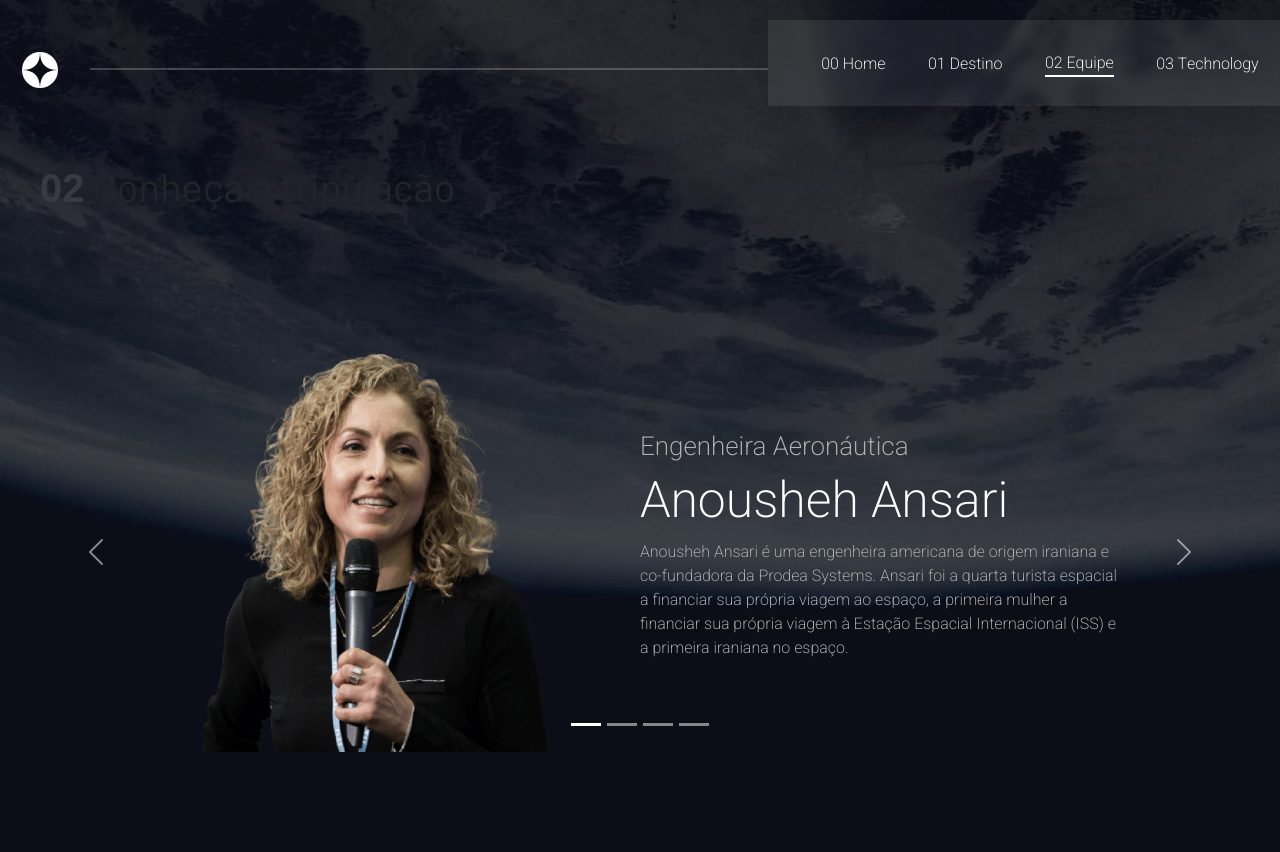
Repository: Leonngc/space-site
Page: crew-commander.html
The author's editor kept a copy of each file at every save. The page is drawn from the files as they stood at one save, then again after the next save.
The browser window is 1280 px wide. The pictures show the whole page.
Some web libraries are served in a nearby version.

Above is the page before, as saved 2023-05-01 16:53:28.

### crew-commander.html
<!DOCTYPE html>
<html lang="pt-br">
<head>
  <meta charset="UTF-8">
  <meta name="viewport" content="width=device-width, initial-scale=1, minimum-scale=1">

  <link rel="icon" type="image/png" sizes="32x32" href="./assets/favicon-32x32.png">
  <link rel='stylesheet' href='https://cdn-uicons.flaticon.com/uicons-bold-rounded/css/uicons-bold-rounded.css'>
  <link rel="stylesheet" href="starter-code/styles/menu.css">
  <link rel="stylesheet" href="starter-code/styles/crew.css">

  <link href="https://cdn.jsdelivr.net/npm/bootstrap@5.3.0-alpha3/dist/css/bootstrap.min.css" rel="stylesheet" integrity="sha384-KK94CHFLLe+nY2dmCWGMq91rCGa5gtU4mk92HdvYe+M/SXH301p5ILy+dN9+nJOZ" crossorigin="anonymous">
  <script src="starter-code/script/menu.js" defer></script>
  <title>Frontend Mentor | Space tourism website</title>
</head>
<body>

  <header>
    <a href="index.html" target="_parent"><img src="starter-code/assets/shared/logo.svg" alt="" class="logo"></a>

    <div class="line"></div>
    <nav>
      <button class="menu-button"><i class="fi fi-br-menu-burger"></i></button>
      <ul class="menu">
      <li class="item-menu"><a href="index.html" target="_parent">00 Home</a></li>
      <li class="item-menu"><a href="destination-moon.html" target="_blank">01 Destino</a></li>
      <li class="item-menu page-active"><a href="#">02 Equipe</a></li>
      <li class="item-menu"><a href="#">03 Technology</a></li>
      </ul>
    </nav>
  </header>

  <h1><strong>02</strong> Conheça a tripulação</h1>

  <div id="carouselExampleIndicators" class="carousel slide" style="margin-top: 100px; margin-bottom: 100px;">
    <div class="carousel-indicators">
      <button type="button" data-bs-target="#carouselExampleIndicators" data-bs-slide-to="0" class="active" aria-current="true" aria-label="Slide 1"></button>
      <button type="button" data-bs-target="#carouselExampleIndicators" data-bs-slide-to="1" aria-label="Slide 2"></button>
      <button type="button" data-bs-target="#carouselExampleIndicators" data-bs-slide-to="2" aria-label="Slide 3"></button>
      <button type="button" data-bs-target="#carouselExampleIndicators" data-bs-slide-to="3" aria-label="Slide 4"></button>
    </div>
    <div class="carousel-inner">
      <div class="carousel-item active">
        <img src="starter-code/assets/crew/image-anousheh-ansari.png" class="d-flex w-5" alt="...">
        <div class="text-box">
          <h2>Engenheira Aeronáutica</h2>
          <h3>Anousheh Ansari</h3>

          <p>
            Anousheh Ansari é uma engenheira americana de origem iraniana e co-fundadora da Prodea Systems. Ansari foi a quarta turista espacial a financiar sua própria viagem ao espaço, a primeira mulher a financiar sua própria viagem à Estação Espacial Internacional (ISS) e a primeira iraniana no espaço.
          </p>
        </div>
      </div>
      <div class="carousel-item">
        <img src="starter-code/assets/crew/image-douglas-hurley.png" class="d-flex w-5" alt="...">

          <div class="text-box">
            <h2>Comandante</h2>
            <h3>Douglas Hurley</h3>
              <p>
                Douglas Gerald Hurley é um engenheiro, ex-piloto do Corpo de Fuzileiros Navais dos Estados Unidos e ex-astronauta da NASA. Ele foi lançado ao espaço pela terceira vez como comandante da missão Crew Dragon Demo-2.
              </p>
          </div>
      </div>
      <div class="carousel-item">
        <img src="starter-code/assets/crew/image-mark-shuttleworth.png" class="d-flex w-5" alt="...">
        <div class="text-box">
          <h2>Especialista em missões</h2>
          <h3>Mark Shuttleworth</h3>
          <p>
            Mark Richard Shuttleworth é o fundador e CEO da Canonical, a empresa por trás do sistema operacional baseado em Linux, o Ubuntu. Shuttleworth se tornou o primeiro sul-africano a viajar para o espaço como turista espacial.
          </p>
        </div>
      </div>
      <div class="carousel-item">
        <img src="starter-code/assets/crew/image-victor-glover.png" class="d-flex w-5" alt="...">
        <div class="text-box">
          <h2>Piloto</h2>
          <h3>Victor Glover</h3>
          <p>
            Piloto do primeiro voo operacional da nave SpaceX Crew Dragon para a Estação Espacial Internacional. Glover é comandante na Marinha dos Estados Unidos, onde pilota um F/A-18. Ele foi membro da tripulação da Expedição 64 e atuou como engenheiro de sistemas de voo da estação.
          </p>
        </div>
      </div>

    </div>
    <button class="carousel-control-prev" type="button" data-bs-target="#carouselExampleIndicators" data-bs-slide="prev">
      <span class="carousel-control-prev-icon" aria-hidden="true"></span>
      <span class="visually-hidden">Previous</span>
    </button>
    <button class="carousel-control-next" type="button" data-bs-target="#carouselExampleIndicators" data-bs-slide="next">
      <span class="carousel-control-next-icon" aria-hidden="true"></span>
      <span class="visually-hidden">Next</span>
    </button>
  </div>


</body>

<script src="https://cdn.jsdelivr.net/npm/@popperjs/core@2.11.7/dist/umd/popper.min.js" integrity="sha384-zYPOMqeu1DAVkHiLqWBUTcbYfZ8osu1Nd6Z89ify25QV9guujx43ITvfi12/QExE" crossorigin="anonymous"></script>
<script src="https://cdn.jsdelivr.net/npm/bootstrap@5.3.0-alpha3/dist/js/bootstrap.min.js" integrity="sha384-Y4oOpwW3duJdCWv5ly8SCFYWqFDsfob/3GkgExXKV4idmbt98QcxXYs9UoXAB7BZ" crossorigin="anonymous"></script>
</html>

### starter-code/styles/menu.css
@import url('https://fonts.googleapis.com/css2?family=Heebo:wght@200&display=swap');

*{
    padding: 0;
    margin: 0;
}


header{
    display: flex;
    justify-content: space-between;
}

.menu{
    display: none;
    margin-top: 20px;
    display: flex;
    width: 40vw ;
    height: 12vh;
    position: relative;
    list-style: none;
    overflow-x: hidden;
    background: rgba(255, 255, 255, 0.21);
    background: rgba(255, 255, 255, 0.08);
    box-shadow: 0 4px 30px rgba(0, 0, 0, 0.1);
    backdrop-filter: blur(5px);
    -webkit-backdrop-filter: blur(5px);
}

.item-menu{
    margin: auto;
}

.item-menu a{
    text-decoration: none;
    font-family: 'Heebo', sans-serif;
    color: white;
}


.line{
    background-color:  rgba(255, 255, 255, 0.21);
    height: 2px;
    width: 1110px;
    margin-top: 68px;
    margin-left: 30px;
}

.logo{
    margin-top: 50px;
    margin-left: 20px;
    width: 40px;
    height: 40px;
    padding: 2px;
}

.page-active{
    border-bottom: 2px solid white;
}

ul li > a:hover{
    font-size: 18px;
    transition: 2s;
}

.menu-button{
    display: none;
}



@media (max-width: 999px){
    .line{
        display: none;
    }
    body{
        overflow-x: hidden;
        max-width: 100vw;
    }


    .menu{
        position: absolute;
        right: 0;
        flex-direction: column;
        width: 80vw;
        height: 90vh;
        z-index: 10000;
        margin: 0;
        border-top-left-radius: 15px;
        border-bottom-left-radius: 15px;
        transform: translateX(100%);
        transition: transform 0.6s ease-in;
        background: rgba(0, 0, 0, 0.392);
        background: rgba(0, 0, 0, 0.545);
        box-shadow: 0 4px 30px rgba(0, 0, 0, 0.1);
        backdrop-filter: blur(5px);
        -webkit-backdrop-filter: blur(5px);
    }




    .menu li{
       color: white;
       font-size: 18px;
       font-weight: bold;
    }

    .menu-button{
        display: block;
        font-size: 40px;
        color: white;
        background: none;
        border: none;
        padding: 10px;
        margin-top: 40px;
    }

    ul.active{
        transform: translateX(0);
    }

}

### starter-code/styles/crew.css
@import url('https://fonts.googleapis.com/css2?family=Barlow&display=swap');
@import url('https://fonts.googleapis.com/css2?family=Heebo:wght@200&display=swap');
/*  font-family: 'Barlow', sans-serif;
    font-family: 'Heebo', sans-serif;
*/

:root{
    --title-font: 'Barlow';
    --paragraph-font: 'Heebo';
}




body{
    background-image: url(../assets/crew/background-crew-desktop.jpg);
    background-size: cover;
    background-repeat: no-repeat;
}



h1{
    font-family: var(--title-font);
    padding: 40px;
    font-weight: 100;
    color: ;
}

strong{
    color: #393941;
    font-family: Arial, Helvetica, sans-serif;
}

.carousel-inner img{
    margin-left: 200px;
    width: 350px;
    height: 400px;
}

.text-box{
    position: absolute;
    top: 20%;
    left: 50%;
    color: white;
    width: 38vw;
    font-family: var(--paragraph-font);
}

.text-box > h2{
    font-size: 26px;
    color: #b4b3b3;
}

.text-box > h3{
    font-size: 50px;
}

.text-box > p{
    color: #b4b3b3;
}

### starter-code/script/menu.js
class MobileNavbar{
    constructor(mobileMenu, navList, navLink){
        this.mobileMenu = document.querySelector(mobileMenu);
        this.navList = document.querySelector(navList);
        this.navLink = document.querySelector(navLink);
        this.activeClass = "active";
        this.handleClick = this.handleClick.bind(this)

    }

    handleClick(){
        this.mobileMenu.classList.toggle(this.activeClass)
    }

    addClickEvent(){
        this.mobileMenu.addEventListener("click", this.handleClick);
    }

    init(){
        if(this.mobileMenu){
            this.addClickEvent();
        }
        return this;
    }
}

const mobileNavbar = new MobileNavbar(
    "nav",
    "ul",
    "ul li",
);

mobileNavbar.init()

After the next save:
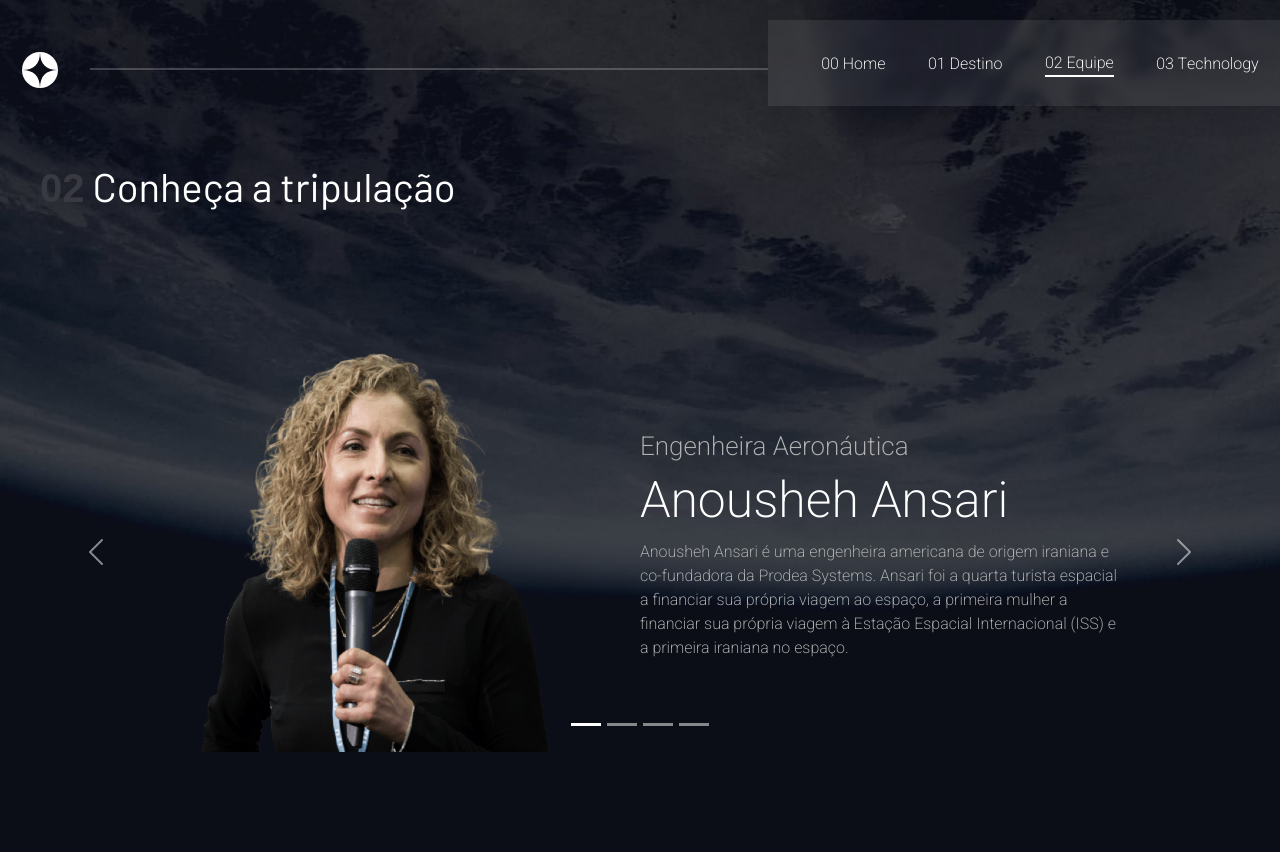
Saved 4 s later.
--- a/starter-code/styles/crew.css
+++ b/starter-code/styles/crew.css
@@ -24,7 +24,7 @@ h1{
     font-family: var(--title-font);
     padding: 40px;
     font-weight: 100;
-    color: ;
+    color: white !important;
 }
 
 strong{
